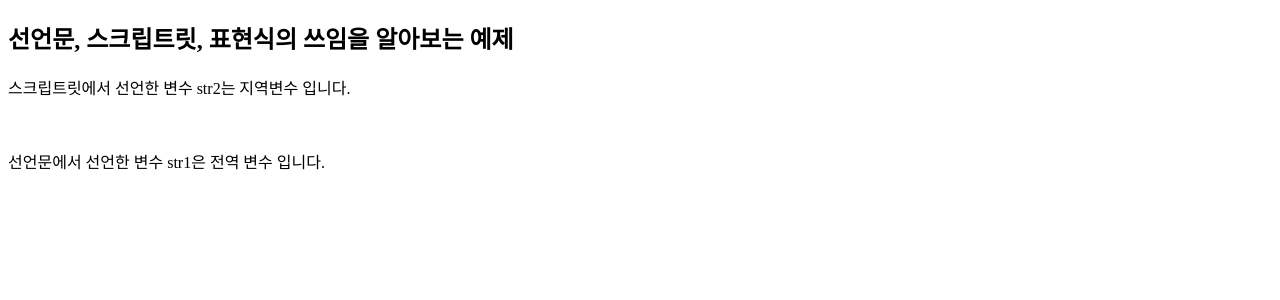
Repository: matodale/StudyJSP
Page: http://localhost/StudyJSP/ch05/scriptTest.jsp
The author's editor kept a copy of each file at every save. The page is drawn from the files as they stood at one save, then again after the next save.
The browser window is 1280 px wide. The pictures show the whole page.
The page is served by Tomcat 9. Other server files are loaded and not shown.

Above is the page before, as saved 2022-12-20 14:55:27.

### StudyJSP/src/main/webapp/ch05/scriptTest.jsp
<%@ page language="java" contentType="text/html; charset=UTF-8"
    pageEncoding="UTF-8"%>
<!DOCTYPE html>
<html>
<head>
<meta charset="UTF-8">
<title>Script 예제</title>
</head>
<body>
<h2>선언문, 스크립트릿, 표현식의 쓰임을 알아보는 예제 </h2>
<%!//선언문 - 전역 변수 선언
	String str = "전역 변수 입니다.";
%>
<%!//선언문 - 메소드 선언
	String getStr(){
		return str;
	}
%>
<%// 스크립트릿
	String str2 = "지역변수 입니다.";
%>
<p>스크립트릿에서 선언한 변수 str2는 <%=str2 %></p><br>
<p>선언문에서 선언한 변수 str1은 <%=getStr() %></p>

</body>
</html>

After the next save:
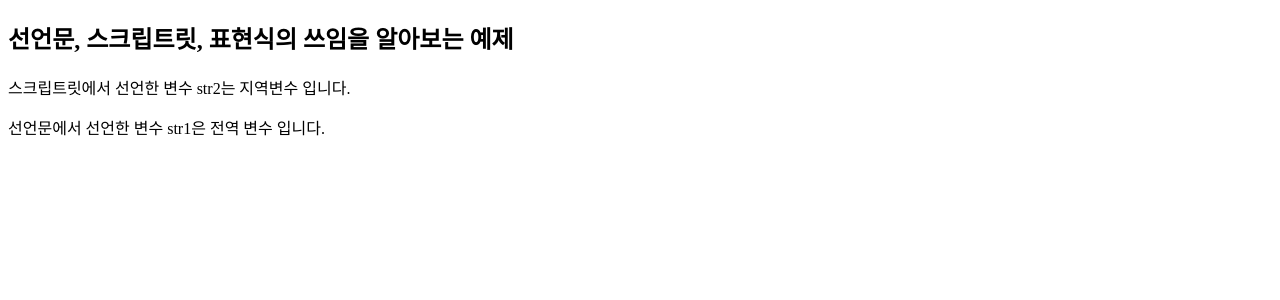
Saved 14 s later.
--- a/StudyJSP/src/main/webapp/ch05/scriptTest.jsp
+++ b/StudyJSP/src/main/webapp/ch05/scriptTest.jsp
@@ -19,7 +19,7 @@
 <%// 스크립트릿
 	String str2 = "지역변수 입니다.";
 %>
-<p>스크립트릿에서 선언한 변수 str2는 <%=str2 %></p><br>
+<p>스크립트릿에서 선언한 변수 str2는 <%=str2 %></p>
 <p>선언문에서 선언한 변수 str1은 <%=getStr() %></p>
 
 </body>
